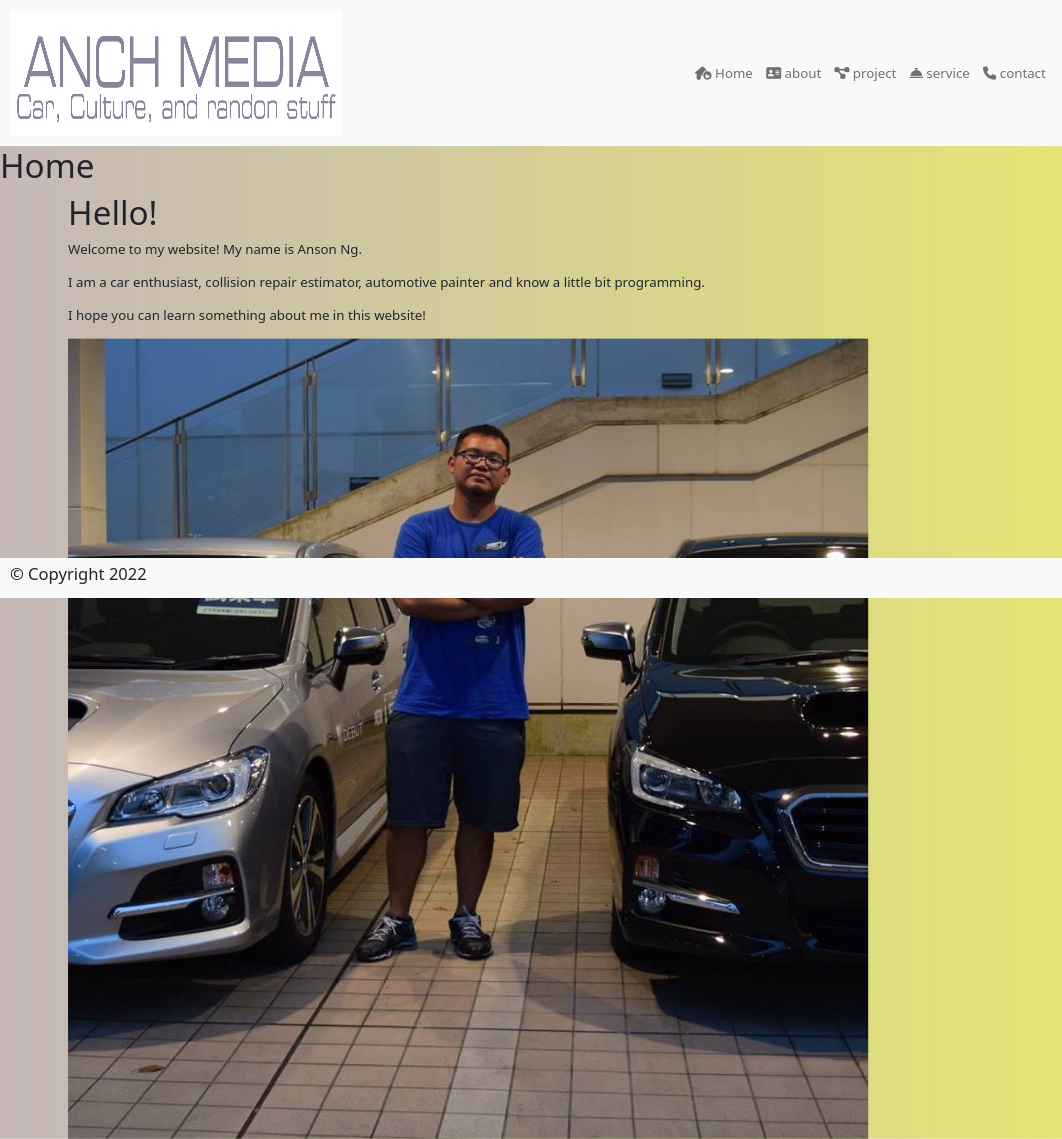
Repository: justhumanmaybe/assignment2
Page: http://localhost/
The author's editor kept a copy of each file at every save. The page is drawn from the files as they stood at one save, then again after the next save.
The browser window is 1280 px wide. The pictures show the whole page, at 83% of full size.
The page is served by the project's Node server (server.js). Other server files are loaded and not shown.

Above is the page before, as saved 2022-06-20 01:32:45.

### Server/Views/index.ejs

<!DOCTYPE html>
<html lang="en">
<head>
    <meta charset="UTF-8">
    <meta http-equiv="X-UA-Compatible" content="IE=edge">
    <meta name="viewport" content="width=device-width, initial-scale=1.0">
    <title><%= title %></title>
    <!--CSS section-->
    <link rel="stylesheet" href="./bootstrap/dist/css/bootstrap.min.css">
    <link rel="stylesheet" href="./@fortawesome/fontawesome-free/css/all.min.css">
    <link rel="stylesheet" href="./Content/app.css">

</head>
<body>
    <header>
        <%- include('components/header.ejs'); %>
   </header>
    <!--content section-->
    <main>
        <h1><%= title %></h1>
        <%- include('content/' + page + '.ejs'); %>
    </main>





    <!--sitewide footer-->
    <footer>
        <%- include('components/footer.ejs'); %>
    </footer>
    <!-- Java scripe-->
    <script src="./jquery/dist/jquery.min.js"></script>
    <script src="./bootstrap/dist/js/bootstrap.min.js"></script>
    <script src="./@fortawesome/fontawesome-free/js/all.min.js"></script>
    <script src="./Scripts/app.js"></script>
</body>
</html>

### Server/Views/components/header.ejs
 <!--Main nav-->
 <nav class="navbar navbar-expand-lg navbar-white bg-light">
    <div class="container-fluid">
      <a class="navbar-brand" href="/"><img src="./Assets/images/Logo-new.png" width="400" height="150"></i></a>
      <button class="navbar-toggler" type="button" data-bs-toggle="collapse" data-bs-target="#navbarSupportedContent" aria-controls="navbarSupportedContent" aria-expanded="false" aria-label="Toggle navigation">
        <span class="navbar-toggler-icon"></span>
      </button>
      <div class="collapse navbar-collapse" id="navbarSupportedContent">
        <ul class="navbar-nav ms-auto mb-2 mb-lg-0">
          <li class="nav-item">
            <a class="nav-link" aria-current="page" href="/home"><i class="fa-solid fa-house-fire"></i> Home</a>
          </li>
          <li class="nav-item">
            <a class="nav-link" aria-current="page" href="/about"><i class="fa-solid fa-address-card"></i> about</a>
          </li>
          <li class="nav-item">
            <a class="nav-link" aria-current="page" href="/project"><i class="fa-solid fa-diagram-project"></i> project</a>
          </li>
          <li class="nav-item">
            <a class="nav-link" aria-current="page" href="/service"><i class="fa-solid fa-bell-concierge"></i> service</a>
          </li>
          <li class="nav-item">
            <a class="nav-link" aria-current="page" href="/contact"><i class="fa-solid fa-phone"></i> contact</a>
          </li>



        </ul>

        </form>
      </div>
    </div>
  </nav>

### Server/Views/content/home.ejs
<div class="container">
    <h1>Hello!</h1>
    <p>Welcome to my website! My name is Anson Ng.</p>
    <p>I am a car enthusiast, collision repair estimator, automotive painter and know a little bit programming.</p>
    <p>I hope you can learn something about me in this website!</p>
    <img src="./Assets/images/me.jpg">
</div>

### Server/Views/components/footer.ejs
<nav class="navbar fixed-bottom bg-light">
    <div class="container-fluid">
      <h5 id="copyright">
          &copy; Copyright 2022
      </h5>
    </div>
  </nav>

### server.js
#!/usr/bin/env node
/*Name:Anson Ng
  Student ID: 301202061
  Date: 6/12/2022 */
"use strict";
var __importDefault = (this && this.__importDefault) || function (mod) {
    return (mod && mod.__esModule) ? mod : { "default": mod };
};
Object.defineProperty(exports, "__esModule", { value: true });
const app_1 = __importDefault(require("./Server/Config/app"));
const debug_1 = __importDefault(require("debug"));
(0, debug_1.default)('lesson4 week4:server');
const http_1 = __importDefault(require("http"));
const port = normalizePort(process.env.PORT || '3000');
app_1.default.set('port', port);
const server = http_1.default.createServer(app_1.default);
server.listen(port);
server.on('error', onError);
server.on('listening', onListening);
function normalizePort(val) {
    const port = parseInt(val, 10);
    if (isNaN(port)) {
        return val;
    }
    if (port >= 0) {
        return port;
    }
    return false;
}
function onError(error) {
    if (error.syscall !== 'listen') {
        throw error;
    }
    const bind = typeof port === 'string'
        ? 'Pipe ' + port
        : 'Port ' + port;
    switch (error.code) {
        case 'EACCES':
            console.error(bind + ' requires elevated privileges');
            process.exit(1);
            break;
        case 'EADDRINUSE':
            console.error(bind + ' is already in use');
            process.exit(1);
            break;
        default:
            throw error;
    }
}
function onListening() {
    let addr = server.address();
    let bind = 'pipe ' + addr;
    (0, debug_1.default)('Listening on ' + bind);
}
//# sourceMappingURL=server.js.map

### Server/Routes/index.js
/*Name:Anson Ng
  Student ID: 301202061
  Date: 6/12/2022 */
"use strict";
var __importDefault = (this && this.__importDefault) || function (mod) {
    return (mod && mod.__esModule) ? mod : { "default": mod };
};
Object.defineProperty(exports, "__esModule", { value: true });
const express_1 = __importDefault(require("express"));
const router = express_1.default.Router();
/* display home page. */
router.get('/', function(req, res, next)
{
  res.render('index', { title: 'Home', page: 'home' });
});

/* display home page. */
router.get('/home', function(req, res, next)
{
  res.render('index', { title: 'Home', page: 'home' });
});

/* display about page. */
router.get('/about', function(req, res, next)
{
  res.render('index', { title: 'About', page: 'about' });
});

/* display project page. */
router.get('/project', function(req, res, next)
{
  res.render('index', { title: 'Our Project', page: 'project' });
});

/* display service page. */
router.get('/service', function(req, res, next)
{
  res.render('index', { title: 'Services offer', page: 'service' });
});

/* display contact page. */
router.get('/contact', function(req, res, next)
{
  res.render('index', { title: 'Contact us', page: 'contact' });
});
exports.default = router;
//# sourceMappingURL=index.js.map

### Client/Content/app.css
/* custom css*/
body {background-image: linear-gradient(to right, rgb(197, 184, 184) , rgb(228, 228, 116));}
form {
    padding:20px;
    width:1000px;
    margin-left:auto;
    margin-right:auto;
}
input[type=text], select {
width: 100%;
padding: 12px 20px;
margin: 8px 0;
display: inline-block;
border: 1px solid #ccc;
border-radius: 4px;
box-sizing: border-box;
}
input[type=number], select
{
width: 100%;
padding: 12px 20px;
margin: 8px 0;
display: inline-block;
border: 1px solid #ccc;
border-radius: 4px;
box-sizing: border-box;
}
input[type=email], select
{
width: 100%;
padding: 12px 20px;
margin: 8px 0;
display: inline-block;
border: 1px solid #ccc;
border-radius: 4px;
box-sizing: border-box;
}
textarea{
width: 100%;
padding: 12px 20px;
margin: 8px 0;
display: inline-block;
border: 1px solid #ccc;
border-radius: 4px;
box-sizing: border-box;

}

### Client/Scripts/app.js
/*Name:Anson Ng
  Student ID: 301202061
  Date: 6/12/2022 */
"use strict";
(function () {
    function Start() {
        console.log("App Started!...");
        let XHR = new XMLHttpRequest();
        XHR.open("GET", "./data/data.json");
        XHR.send();
        XHR.addEventListener("readystatechange", function (event) {
            if (XHR.readyState == 4 && XHR.status == 200) {
                console.log("JSON Data:");
                console.log(XHR.responseText);
            }
        });
    }
    window.addEventListener("load", Start);
})();
//# sourceMappingURL=app.js.map

### Client/data/data.json
{
    "fullname": "anson",
    "email": "anson@hamo.com"
}

After the next save:
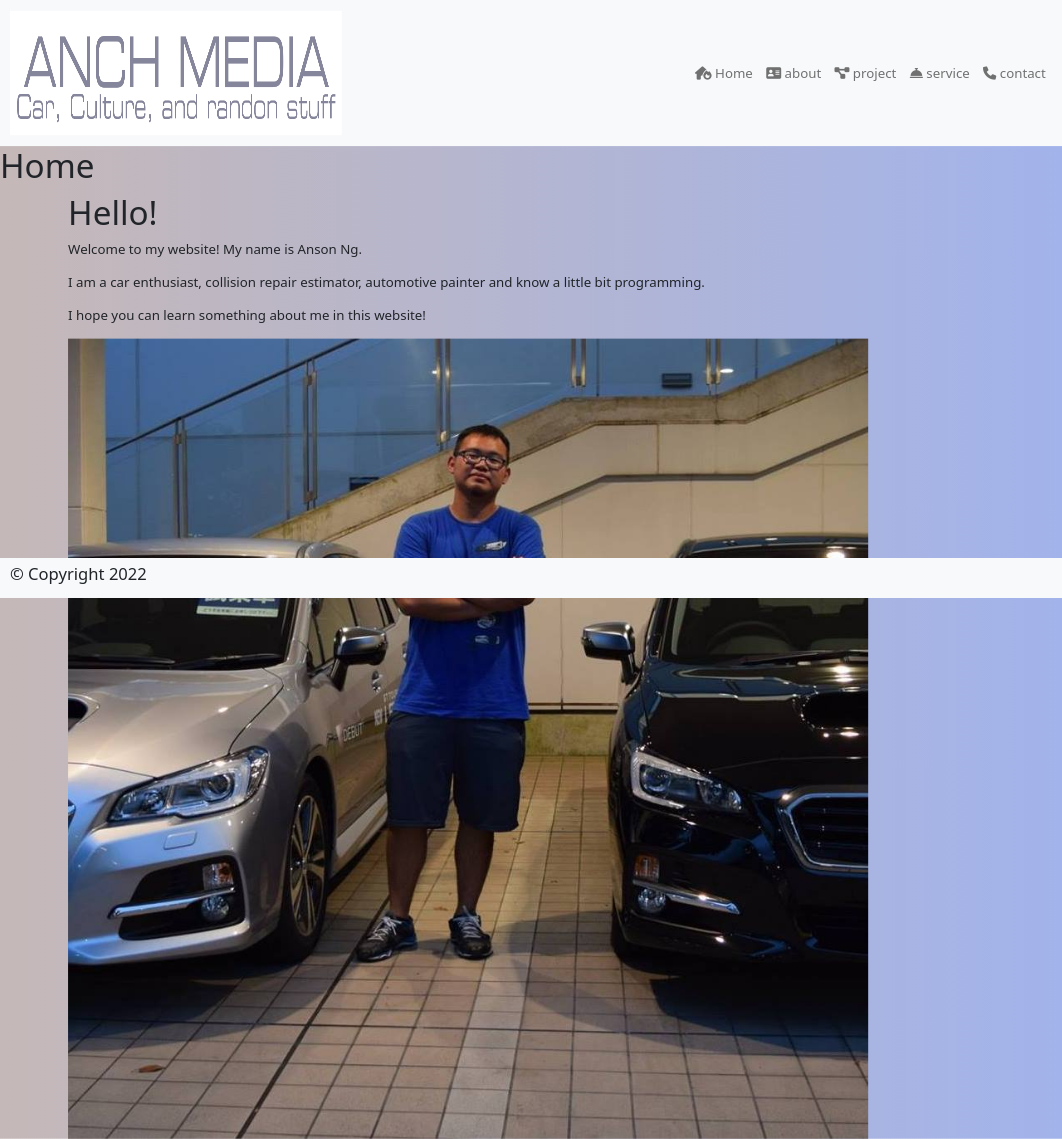
Saved 50 s later.
--- a/Client/Content/app.css
+++ b/Client/Content/app.css
@@ -1,5 +1,5 @@
 /* custom css*/
-body {background-image: linear-gradient(to right, rgb(197, 184, 184) , rgb(228, 228, 116));}
+body {background-image: linear-gradient(to right, rgb(197, 184, 184) , rgb(162, 179, 235));}
 form {
     padding:20px;
     width:1000px;
